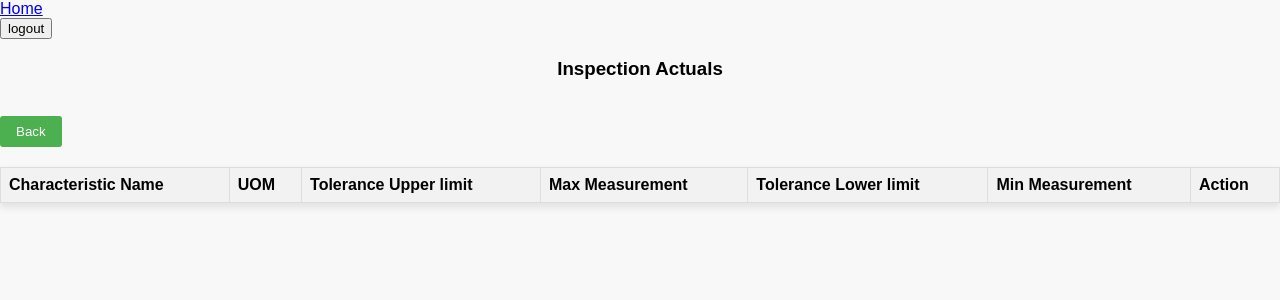
Repository: SJagadesh123/material-inspection01
Page: http://localhost/material_inspection/views/start-approval.jsp
The author's editor kept a copy of each file at every save. The page is drawn from the files as they stood at one save, then again after the next save.
The browser window is 1280 px wide. The pictures show the whole page.
The page is served by Tomcat 10. The template is opened directly, without the code that normally fills it, so the values that code supplies are empty.

Above is the page before, as saved 2024-02-10 16:28:16.
Not found: material inspection/material_inspection/css/header.css

After the next save:
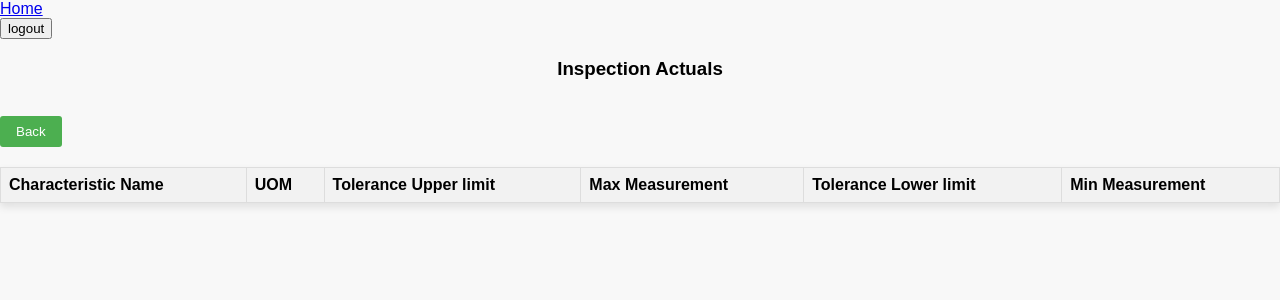
Saved 22 s later.
--- a/material inspection/material_inspection/src/main/webapp/views/start-approval.jsp
+++ b/material inspection/material_inspection/src/main/webapp/views/start-approval.jsp
@@ -34,7 +34,7 @@ h3 {
 				<th>Max Measurement</th>
 				<th>Tolerance Lower limit</th>
 				<th>Min Measurement</th>
-				<th>Action</th>
+
 			</tr>
 		</thead>
 		<tbody>
